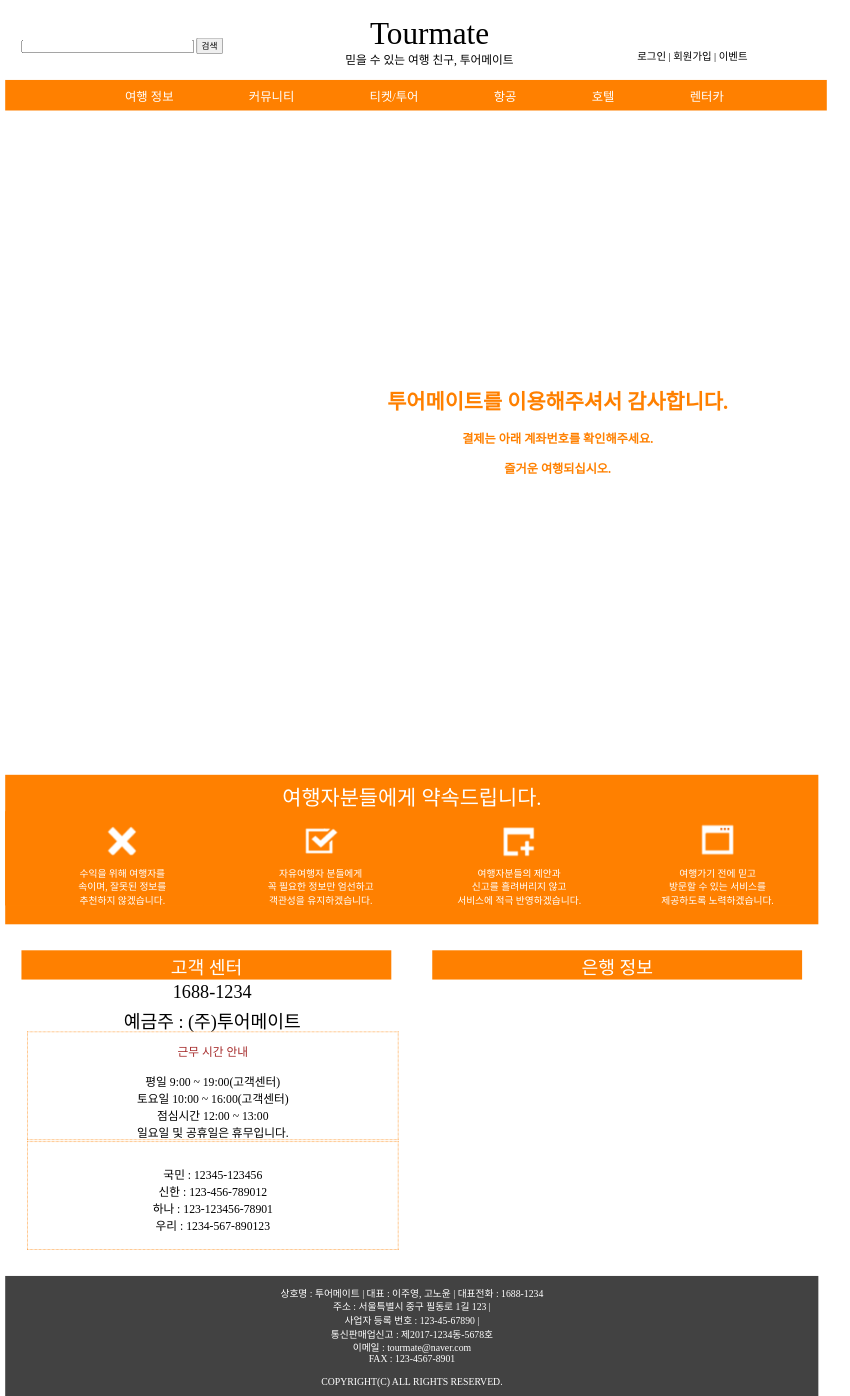
Repository: nohyoonko/2017-2-WP-Tourmate
Page: http://localhost/Tourmate/항공_ok.jsp
The author's editor kept a copy of each file at every save. The page is drawn from the files as they stood at one save, then again after the next save.
The browser window is 1280 px wide. The page is 1308 px wide, then 1280 px, so the pictures cover 1308 px, including what lies to the right of the window. The pictures show the whole page, at 65% of full size.
Some web libraries are served in a nearby version. The page is served by Tomcat 9. Other server files are loaded and not shown.

Above is the page before, as saved 2017-12-06 13:22:40.

### eclipse-workspace/Tourmate/WebContent/항공_ok.jsp
<%@ page contentType="text/html; charset=UTF-8" pageEncoding="UTF-8"%>
<!DOCTYPE html>
<html lang="ko">
	<head>
		<meta http-equiv="Content-Type" content="text/html; charset=UTF-8" />
		<title>투어메이트</title>
		<script src="http://code.jquery.com/jquery-1.10.1.js"></script>
		<style>
		.orangebox {
         height:200px;
         width:900px;
         color:#FF8000;
         margin:400px;
      }
		</style>
	</head>
	<body>
		<!-- 제목+메뉴바를 포함한 Header.jsp 파일을 include -->
 		<jsp:include page="Header.jsp" flush="false"/>
		<br><br>
		<div class="orangebox">
			<center>
			<h1>투어메이트를 이용해주셔서 감사합니다.</h1>
			<h3>결제는 아래 계좌번호를 확인해주세요.</h3>
			<h3>즐거운 여행되십시오.</h3>
			</center>
		</div>
		<!-- 회사 정보와 약속을 포함한 Footer.jsp 파일을 include -->
		<jsp:include page="Footer.jsp" flush="false"/>
	</body>
</html>

### eclipse-workspace/Tourmate/WebContent/Header.jsp
<%@ page language="java" contentType="text/html; charset=UTF-8"
    pageEncoding="UTF-8"%>
<!DOCTYPE html PUBLIC "-//W3C//DTD HTML 4.01 Transitional//EN" "http://www.w3.org/TR/html4/loose.dtd">
<html>
<head>
	<meta http-equiv="Content-Type" content="text/html; charset=UTF-8">
	<title>투어메이트</title>
    <style>
        div { font-family: "함초롬돋움"; }

        div.header1 {
            width: 30%;
            float: left;
            margin-left: 25px;
            margin-top: 50px;
        }

        div.header2 {
            width: 33%;
            height: 60px;
            float: left;
            margin-left: 40px;
            margin-top: 15px;
            color: black;
        }

      	div.header2 > a {
        	color:black; text-decoration:none;
      	}

        div.header3 {
            width: 31%;
            height: 50px;
            float: left;
            margin-right: 10px;
            margin-top: 65px;
        }

        .menubar {
 			background: #FF8000;
 			display: inline-block;
  			width: 100%;
		}
		.main { margin: 0; padding: 0; font-size: 19px; }
		.main li {
			padding:0% 3% 0% 3%;
  			float: left;
  			list-style:none;
  			position: relative;
		}
		.main li:first-child { margin-left: 10%; }
		.main li:hover { background: #984807; }
		.main a {
  			color: white;
  			display: block;
  			padding: 10px 20px;
  			text-decoration: none;
		}
		.main ul {
  			background: white;
  			display: none;
  			padding: 0;
  			position: absolute;
  			left: 0;
  			top: 100%;
  			z-index: 2;
  			width: 210px;
		}
		.main ul li { float: none; margin-left: 10%; }
		.main ul a { color: #984807; }
		.main ul li:hover { background: white; }
		.main ul li:hover>a { color: #FF8000; }
	</style>
</head>
<body>
    <div class="header1">
        <input type="text" size=30>
        <input type="submit" value="검색">
    </div>
    <a href="투어메이트.html">
    <div class="header2">
        <center>
            <font face="HYHeadLine" size="7">Tourmate</font><br>
            <font face="함초롬돋움" size="4">믿을 수 있는 여행 친구, 투어메이트</font>
        </center>
    </div>
    </a>
    <div class="header3">
        <center>
            <font size="3">로그인 | 회원가입 | 이벤트</font>
        </center>
    </div>

    <!--상단 메뉴바와 하위 메뉴-->
    <script src="//code.jquery.com/jquery.min.js"></script>
	<script>
	$(function(){
  		$(".main li").hover(function(){
    		$('ul:first',this).show();
  		}, function(){
    		$('ul:first',this).hide();
  		});
	});
	</script>

        <div class="menubar">
        <ul class="main">
            <li>
                 <a href="#">여행 정보</a>
                 <ul>
                  <li><a href="인기_여행_도시.jsp">인기 여행 도시</a></li>
                  <li><a href="여행_준비.jsp">여행 준비</a></li>
               </ul>
            </li>

            <li>
                <a href="#">커뮤니티</a>
                <ul>
                    <li><a href="여행_후기.jsp">여행 후기</a></li>
                </ul>
            </li>

            <li>
                <a href="#">티켓/투어</a>
                <ul>
                    <li><a href="티켓투어_한국.jsp">한국</a></li>
                    <li><a href="티켓투어_홍콩.jsp">홍콩</a></li>
                    <li><a href="티켓투어_일본.jsp">일본</a></li>
                    <li><a href="티켓투어_싱가포르.jsp">싱가포르</a></li>
                    <li><a href="티켓투어_대만.jsp">대만</a></li>
                </ul>
            </li>

            <li><a href="항공.jsp">항공</a></li>
            <li><a href="호텔.jsp">호텔</a></li>
            <li><a href="렌터카.jsp">렌터카</a></li>
        </ul>
    </div>
</body>
</html>

### eclipse-workspace/Tourmate/WebContent/Footer.jsp
<%@ page language="java" contentType="text/html; charset=UTF-8"
    pageEncoding="UTF-8"%>
<!DOCTYPE html PUBLIC "-//W3C//DTD HTML 4.01 Transitional//EN" "http://www.w3.org/TR/html4/loose.dtd">
<html>
<head>
	<meta http-equiv="Content-Type" content="text/html; charset=UTF-8">
	<title>투어메이트</title>
    <style>
        div { font-family: "함초롬돋움"; }

       div.footer{
         width:99%;
         height:220px;
         float:left;
         background-color:#FF8000;
         color:white;
         text-align:center;
         padding-top:10px;
      }
      div.promise{
         width:20%;
         float:left;
         height:140px;
         background-color:#FF8000;
         color:white;
         font-size:15px;
         text-align:center;
         padding-top:5px;
         padding-left:55px;
      }
      div.footer2{
         width:45%;
         height:40px;
         float:left;
         font-size:28px;
         background-color:#FF8000;
         color:white;
         text-align:center;
         padding-top:5px;
         margin-left:2%;
         margin-right:3%;
         margin-top:40px;
      }
      div.footer3{
         width:45%;
         height:35px;
         float:left;
         font-size:28px;
         text-align:center;
         padding-top:4px;
         margin-left:34px;
         margin-right:34px;
      }
      div.footer4{
         width:45%;
         height:150px;
         float:left;
         font-size:18px;
         text-align:center;
         padding-top:15px;
         margin-top:2px;
         margin-left:34px;
         margin-right:34px;
         border-width: 1px;
         border-style : dotted;
         border-color : #FF8000;
      }
      div.footer5{
         width:99%;
         height:170px;
         font-size:15px;
         background-color:#424242;
         color:white;
         float:left;
         text-align:center;
         padding-top:15px;
         margin-top:40px;
      }
       #fo {width:60px; height:60px; padding:10px 70px 5px 70px;}
	</style>
</head>
<body>
       <div class="footer">
         <font size="6">여행자분들에게 약속드립니다.</font><br>
         <div class="promise">
            <img id="fo" src="main/footer 그림1.png"><br>
            수익을 위해 여행자를<br>
            속이며, 잘못된 정보를<br>
            추천하지 않겠습니다.
         </div>
         <div class="promise">
            <img id="fo" src="main/footer 그림2.png"><br>
            자유여행자 분들에게<br>
            꼭 필요한 정보만 엄선하고<br>
            객관성을 유지하겠습니다.
         </div>
         <div class="promise">
            <img id="fo" src="main/footer 그림3.png"><br>
            여행자분들의 제안과<br>
            신고를 흘려버리지 않고<br>
            서비스에 적극 반영하겠습니다.
         </div>
         <div class="promise">
            <img id="fo" src="main/footer 그림4.png"><br>
            여행가기 전에 믿고<br>
            방문할 수 있는 서비스를<br>
            제공하도록 노력하겠습니다.
         </div>
      </div>
      <br>
      <div class="footer2">고객 센터</div>
      <div class="footer2">은행 정보</div>
      <br>
      <div class="footer3">1688-1234</div>
      <div class="footer3">예금주 : (주)투어메이트</div>
      <br>
      <div class="footer4">
         <font color="brown" size="4">근무 시간 안내</font><br><br>
         평일 9:00 ~ 19:00(고객센터)<br>
         토요일 10:00 ~ 16:00(고객센터)<br>
         점심시간 12:00 ~ 13:00<br>
         일요일 및 공휴일은 휴무입니다.<br>
      </div>
      <div class="footer4"><br>
         국민 : 12345-123456<br>
         신한 : 123-456-789012<br>
         하나 : 123-123456-78901<br>
         우리 : 1234-567-890123<br>
      </div>
      <div class="footer5">
         상호명 : 투어메이트 | 대표 : 이주영, 고노윤 | 대표전화 : 1688-1234<br>
         주소 : 서울특별시 중구 필동로 1길 123 | <br>
         사업자 등록 번호 : 123-45-67890 |<br>
         통신판매업신고 : 제2017-1234동-5678호<br>
         이메일 : tourmate@naver.com<br>
         FAX : 123-4567-8901<br><br>
         COPYRIGHT(C) ALL RIGHTS RESERVED.<br>
      </div>
</body>
</html>

After the next save:
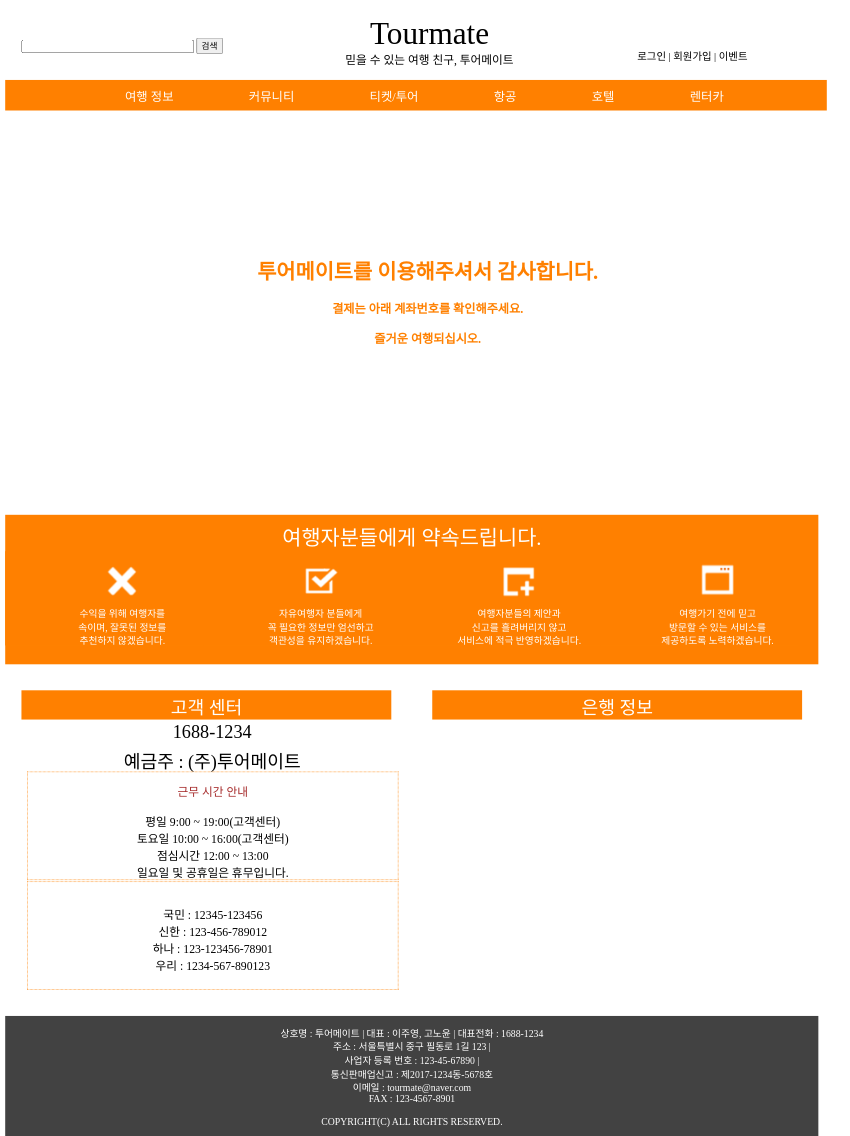
Saved 13 s later.
--- a/eclipse-workspace/Tourmate/WebContent/항공_ok.jsp
+++ b/eclipse-workspace/Tourmate/WebContent/항공_ok.jsp
@@ -10,7 +10,7 @@
          height:200px;
          width:900px;
          color:#FF8000;
-         margin:400px;
+         margin:200px;
       }
 		</style>
 	</head>
